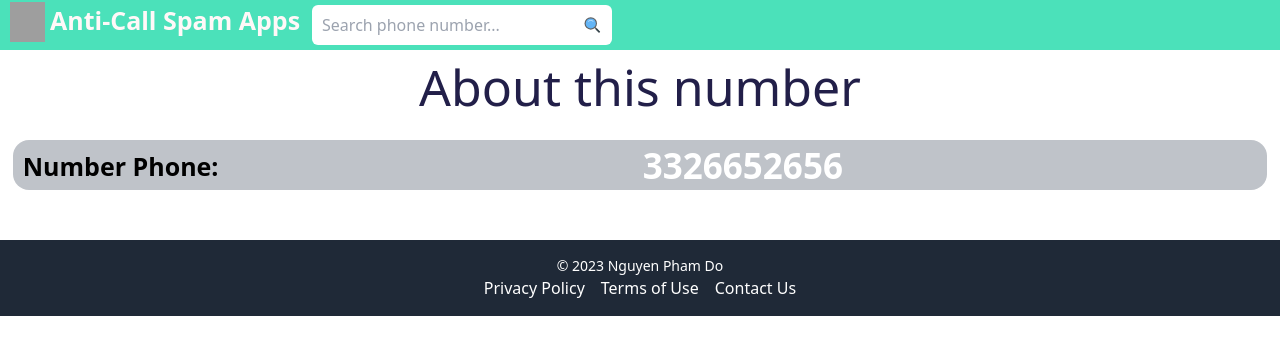
Repository: NPham1402/Web-user-callSpamBlocker
Page: /detail
An editor plug-in stored every save of this project. The page is shown before and after the next save, followed by the edit.
The browser window is 1280 px wide. The pictures show the whole page.
Pictures or frames that could not be fetched are drawn as grey boxes. The page's requests for data from a server got no answer. The project was rebuilt for these pictures with package versions that can differ from the ones it lists, and the page was loaded fresh each time. The framework's server and built-in components were replaced by stand-ins that run in the browser. No one was signed in, and anything a server would have sent is missing. Also part of the build but not shown: next.config.js.

Above is the page before, as saved 2023-02-13 16:04:21.

After the next save:
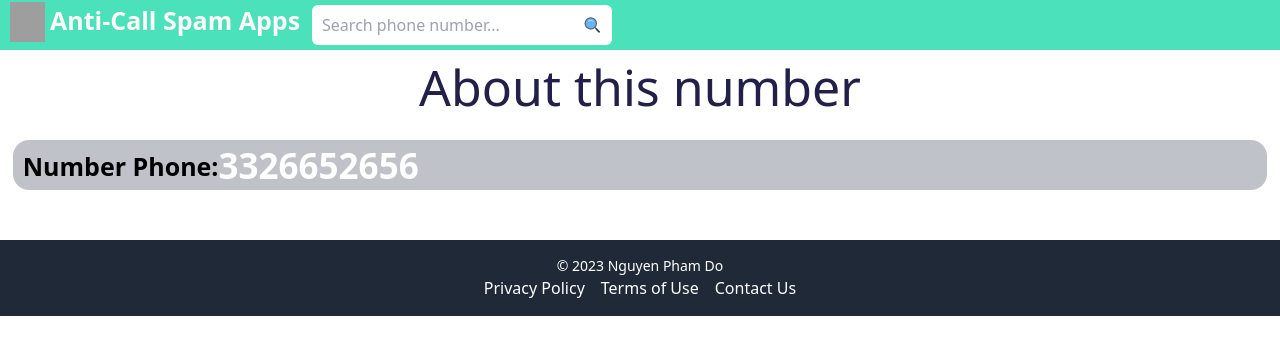
Saved 11 s later.
--- a/pages/components/miniCompoent.js
+++ b/pages/components/miniCompoent.js
@@ -6,7 +6,7 @@
       <p className="text-[25px] font-semibold ml-[10px] my-auto align-text-bottom">
         {props.headerLine}
       </p>
-      <p className="text-[35px] m-auto font-bold text-[white] ">
+      <p className="text-[35px] mr-auto font-bold text-[white] ">
         {props.contents}
       </p>
     </div>

After the save that followed:
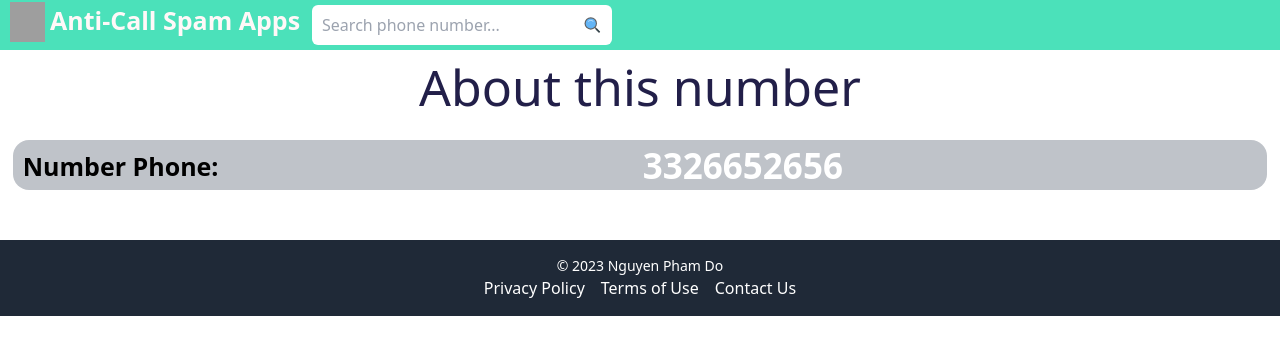
Saved 16 s later.
--- a/pages/components/miniCompoent.js
+++ b/pages/components/miniCompoent.js
@@ -6,7 +6,7 @@
       <p className="text-[25px] font-semibold ml-[10px] my-auto align-text-bottom">
         {props.headerLine}
       </p>
-      <p className="text-[35px] mr-auto font-bold text-[white] ">
+      <p className="text-[35px] m-auto font-bold text-[white] ">
         {props.contents}
       </p>
     </div>
